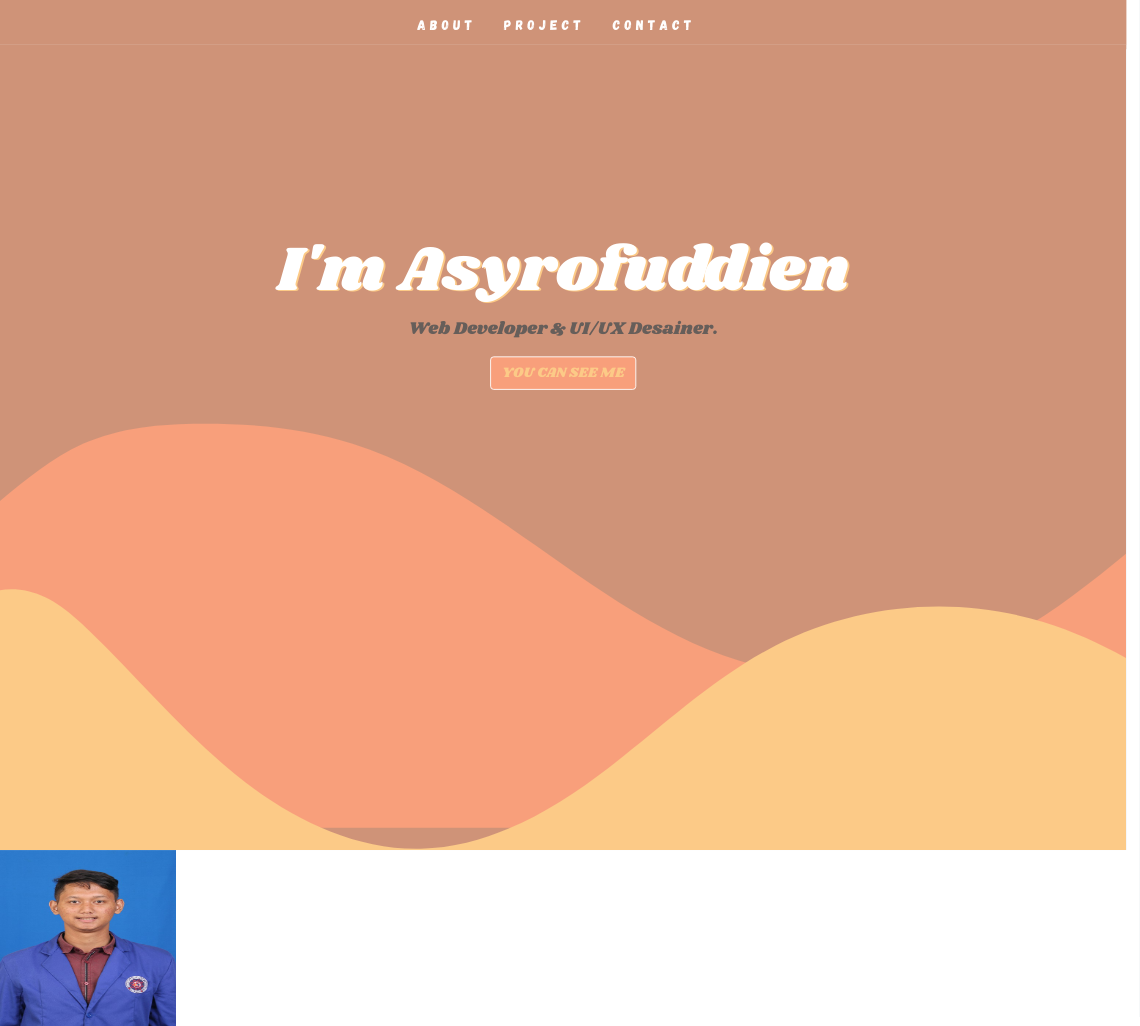
Repository: zetta-muhammad-asyrofuddien/Html-Css-ZettaCAmp
Page: Day1/Portofolio/index.html
The author's editor kept a copy of each file at every save. The page is drawn from the files as they stood at one save, then again after the next save.
The browser window is 1280 px wide. The page is 1295 px wide, so the pictures cover 1295 px, including what lies to the right of the window. The pictures show the whole page, at 88% of full size.

Above is the page before, as saved 2023-07-05 19:45:47.

### Day1/Portofolio/index.html
<!DOCTYPE html>
<html lang="en">
  <head>
    <meta charset="utf-8" />
    <meta name="viewport" content="width=device-width, initial-scale=1" />
    <title>Portofolio Asyrof</title>
    <link href="https://cdn.jsdelivr.net/npm/bootstrap@5.2.3/dist/css/bootstrap.min.css" rel="stylesheet" integrity="sha384-rbsA2VBKQhggwzxH7pPCaAqO46MgnOM80zW1RWuH61DGLwZJEdK2Kadq2F9CUG65" crossorigin="anonymous" />
    <link rel="stylesheet" href="https://cdn.jsdelivr.net/npm/bootstrap@4.6.2/dist/css/bootstrap.min.css" integrity="sha384-xOolHFLEh07PJGoPkLv1IbcEPTNtaed2xpHsD9ESMhqIYd0nLMwNLD69Npy4HI+N" crossorigin="anonymous" />
    <link rel="stylesheet" type="text/css" href="./syle.css" />
  </head>
  <body>
    <!-- NAVBAR -->
    <section class="N">
      <div class="container">
        <nav class="navbar navbar-expand-lg">
          <div class="container-fluid">
            <button class="navbar-toggler" type="button" data-bs-toggle="collapse" data-bs-target="#navbarNav" aria-controls="navbarNav" aria-expanded="false" aria-label="Toggle navigation">
              <span class="navbar-toggler-icon"></span>
            </button>
            <div class="collapse navbar-collapse" id="navbarNav">
              <ul class="navbar-nav mx-auto">
                <li class="nav-item">
                  <a class="nav-link" aria-current="page" href="#">A b o u t</a>
                </li>
                <li class="nav-item">
                  <a class="nav-link" href="#">P r o j e c t</a>
                </li>
                <li class="nav-item">
                  <a class="nav-link" href="#">C o n t a c t</a>
                </li>
              </ul>
            </div>
          </div>
        </nav>
      </div>
    </section>
    <!-- Akhir Navbar -->

    <!-- Jumbotron -->
    <div class="jumbotron jumbotron-fluid text-align-center">
      <div class="container">
        <h1 class="display-3 nama">I'm Asyrofuddien</h1>
        <p class="lead job">Web Developer & UI/UX Desainer.</p>
        <a class="btn btn-primary see" href="">YOU CAN SEE ME</a>
      </div>
    </div>
    <!-- Akhir Jumbotron -->

    <!-- About -->
    <div class="row">
      <div class="col-3 about-kiri">
        <img src="./asset/img/foto.jpeg" alt="" width="200px" height="200px" />
      </div>
    </div>
    <!-- Akhir About -->
    <script src="https://cdn.jsdelivr.net/npm/@popperjs/core@2.11.6/dist/umd/popper.min.js" integrity="sha384-oBqDVmMz9ATKxIep9tiCxS/Z9fNfEXiDAYTujMAeBAsjFuCZSmKbSSUnQlmh/jp3" crossorigin="anonymous"></script>
    <script src="https://cdn.jsdelivr.net/npm/bootstrap@5.2.3/dist/js/bootstrap.min.js" integrity="sha384-cuYeSxntonz0PPNlHhBs68uyIAVpIIOZZ5JqeqvYYIcEL727kskC66kF92t6Xl2V" crossorigin="anonymous"></script>
  </body>
</html>

### Day1/Portofolio/syle.css
@font-face {
  font-family: Gagalin;
  src: url(./asset/font/Gagalin-Regular.otf);
}
@font-face {
  font-family: Shrikhand;
  src: url(./asset/font/Shrikhand-Regular.ttf);
}
@font-face {
  font-family: dmSans;
  src: url(./asset/font/DMSans-Regular.ttf);
}
/* UMUM */
.N {
  background-color: #cf9378;
  margin-bottom: 0;
}
.navbar-brand {
  font-family: Gagalin;
}
.navbar {
  border: none;
}
.nav-link {
  font-family: Gagalin;
  color: white;
  margin-right: 20px;
}

.jumbotron {
  background-image: url(./asset/img/wave.svg);
  background-size: cover;
  height: 915px;
  margin-top: -5px;
  margin-bottom: 0;
  border: none;
  text-align: center;
}

.nama {
  font-family: Shrikhand;
  color: white;
  text-align: center;
  margin-top: 150px;
  text-shadow: 2px 2px #fcca87;
}

.job {
  font-family: Shrikhand;
  color: #665e5a;
  text-align: center;
}
.see {
  background-color: #f89f7b;
  border-color: white;
  color: #fcca87;
  font-family: Shrikhand;
}
.see:hover {
  background-color: #665e5a;
  border-color: #fcca87;
}
h2.about {
  font-family: Gagalin;
}
section.who {
  background-color: #fff9f7;
  margin-top: 0%;
}
.about {
  background-color: #fff8f5;
}

/* DESKTOP VERSION */
@media (min-width: 992px) {
  /* Navbar */
  .nav-link:hover::after {
    content: '';
    display: block;
    border-bottom: 3px solid #fcca87;
    width: 50%;
    margin: auto;
  }
  .foto {
    border-radius: 50%;
  }
}

### Day1/Portofolio/asset/img/wave.svg
<svg xmlns="http://www.w3.org/2000/svg" xmlns:xlink="http://www.w3.org/1999/xlink" width="1700" zoomAndPan="magnify" viewBox="0 0 1350 576" height="768" preserveAspectRatio="xMidYMid meet" version="1.0"><defs><clipPath id="88280995c8"><path d="M 0 269.25 L 1350 269.25 L 1350 576 L 0 576 Z M 0 269.25 " clip-rule="nonzero"/></clipPath></defs><rect x="-135" width="1620" fill="#ffffff" y="-57.6" height="691.2" fill-opacity="1"/><rect x="-135" width="1620" fill="#ffffff" y="-57.6" height="691.2" fill-opacity="1"/><rect x="-135" width="1620" fill="#cf9378" y="-57.6" height="691.2" fill-opacity="1"/><g clip-path="url(#88280995c8)"><path fill="#f89f7b" d="M 1413.945312 766.777344 L 1413.945312 429.453125 C 1392.21875 457.429688 1362.003906 480.527344 1328.867188 472.859375 C 1310.898438 468.695312 1296.257812 455.992188 1282.980469 443.210938 C 1245.734375 407.332031 1212.539062 367.136719 1172.433594 334.488281 C 1132.328125 301.84375 1083.167969 276.609375 1031.457031 277.875 C 979.046875 279.15625 931.078125 307.195312 889.472656 339.082031 C 847.867188 370.96875 809.414062 407.820312 762.789062 431.769531 C 700.933594 463.539062 626.5625 470.058594 560.113281 449.53125 C 452.628906 416.339844 374.265625 319.257812 267.050781 285.226562 C 230.175781 273.535156 191.179688 269.78125 152.492188 269.9375 C 121.945312 270.050781 90.679688 272.757812 62.820312 285.265625 C 29.9375 300.035156 4.472656 327.175781 -25.199219 347.640625 C -36.84375 355.675781 -50.003906 362.664062 -63.632812 367.253906 L -63.632812 766.796875 L 1413.945312 766.796875 Z M 1413.945312 766.777344 " fill-opacity="1" fill-rule="nonzero"/></g><path fill="#fcca87" d="M 1287.496094 584.535156 C 1259.617188 597.046875 1228.367188 599.75 1197.820312 599.867188 C 1159.136719 600.023438 1120.140625 596.289062 1083.265625 584.574219 C 976.050781 550.546875 897.6875 453.460938 790.199219 420.269531 C 723.753906 399.746094 649.378906 406.28125 587.527344 438.035156 C 540.898438 461.984375 502.449219 498.832031 460.84375 530.722656 C 419.238281 562.609375 371.265625 590.644531 318.855469 591.929688 C 267.144531 593.195312 217.988281 567.980469 177.882812 535.3125 C 137.773438 502.667969 104.582031 462.46875 67.335938 426.59375 C 54.058594 413.792969 39.417969 401.085938 21.449219 396.945312 C -11.6875 389.277344 -41.902344 412.371094 -63.632812 440.347656 L -63.632812 766.777344 L 1413.925781 766.777344 L 1413.925781 502.570312 C 1400.296875 507.160156 1387.136719 514.144531 1375.496094 522.179688 C 1345.84375 542.648438 1320.378906 569.769531 1287.496094 584.535156 Z M 1287.496094 584.535156 " fill-opacity="1" fill-rule="nonzero"/></svg>

After the next save:
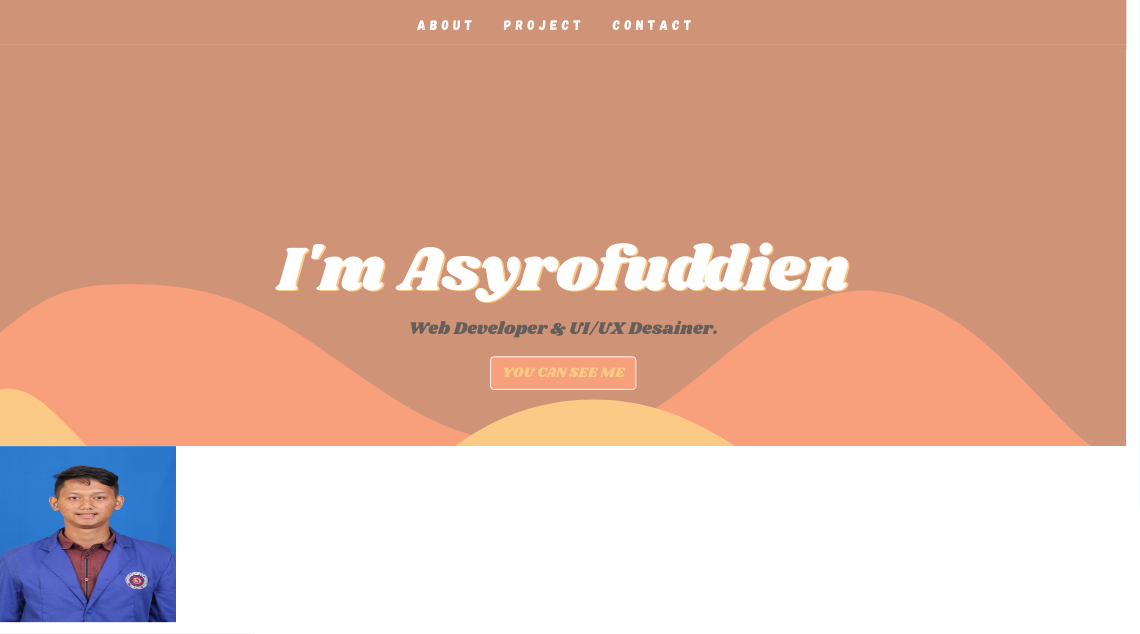
Saved 8 s later.
--- a/Day1/Portofolio/syle.css
+++ b/Day1/Portofolio/syle.css
@@ -30,7 +30,7 @@
 .jumbotron {
   background-image: url(./asset/img/wave.svg);
   background-size: cover;
-  height: 915px;
+  height: 100%;
   margin-top: -5px;
   margin-bottom: 0;
   border: none;

After the save that followed:
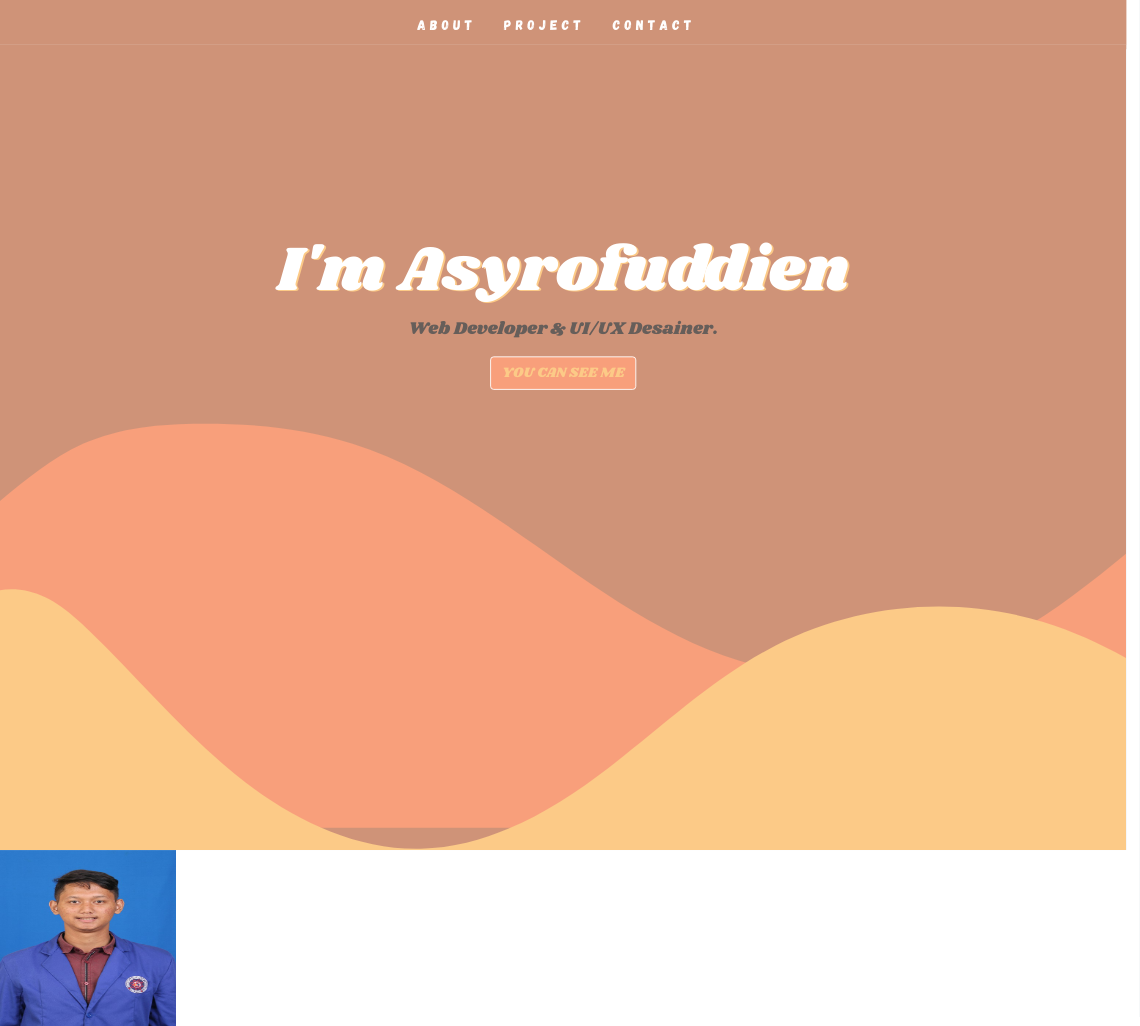
Saved 8 s later.
--- a/Day1/Portofolio/syle.css
+++ b/Day1/Portofolio/syle.css
@@ -30,7 +30,7 @@
 .jumbotron {
   background-image: url(./asset/img/wave.svg);
   background-size: cover;
-  height: 100%;
+  height: 915px;
   margin-top: -5px;
   margin-bottom: 0;
   border: none;
